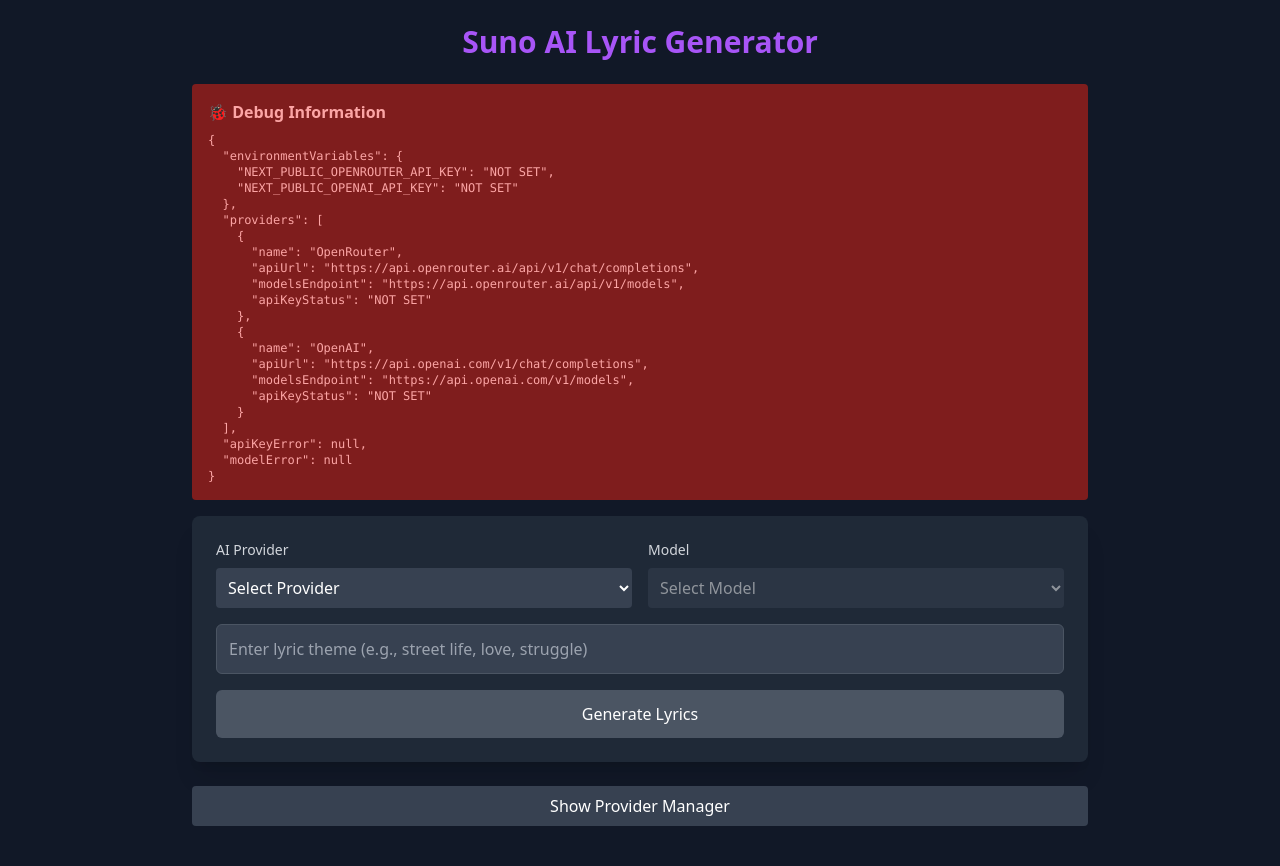
Repository: rustyorb/suno-ai-lyric-generator
Page: /
An editor plug-in stored every save of this project. The page is shown before and after the next save, followed by the edit.
The browser window is 1280 px wide. The pictures show the whole page.
The project was rebuilt for these pictures with package versions that can differ from the ones it lists, and the page was loaded fresh each time. The framework's server and built-in components were replaced by stand-ins that run in the browser. Also part of the build but not shown: next.config.js, src/app/components/ProviderManager.tsx.

Above is the page before, as saved 2025-01-15 07:49:51.

After the next save:
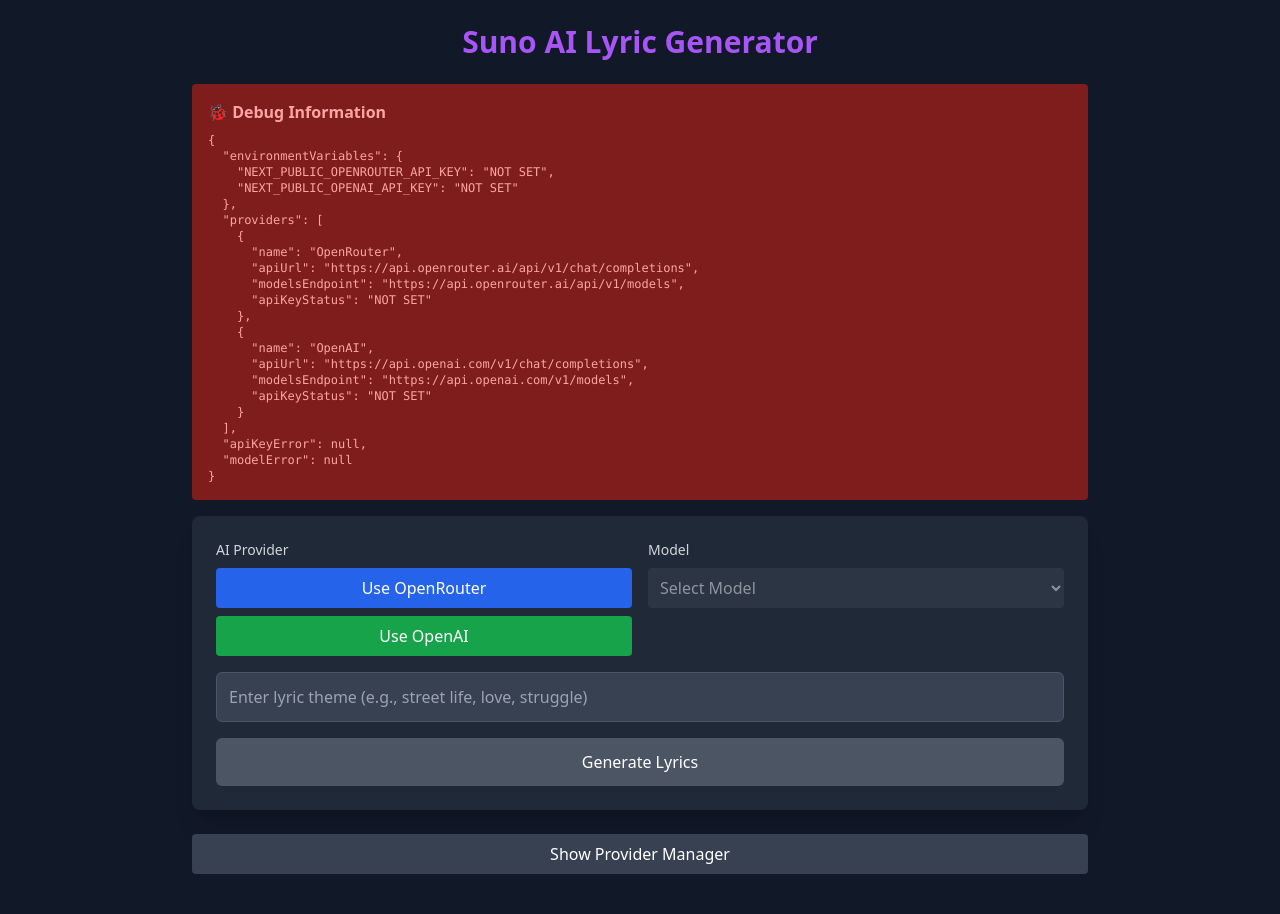
Saved 37 s later.
--- a/src/app/page.tsx
+++ b/src/app/page.tsx
@@ -277,26 +277,39 @@
               <label className="block text-sm font-medium text-gray-300 mb-2">
                 AI Provider
               </label>
-              <select
-                value={selectedProvider?.name || ""}
-                onChange={(e) => {
-                  console.log("Selected provider value:", e.target.value);
-                  const provider = providers.find(
-                    (p) => p.name === e.target.value
-                  );
-                  console.log("Found provider:", provider);
-                  setSelectedProvider(provider || null);
-                  setSelectedModel(null);
-                }}
-                className="w-full bg-gray-700 text-white p-2 rounded"
-              >
-                <option value="">Select Provider</option>
-                {providers.map((provider) => (
-                  <option key={provider.name} value={provider.name}>
-                    {provider.name}
-                  </option>
-                ))}
-              </select>
+              <div className="space-y-2">
+                <button
+                  onClick={() => {
+                    console.log("Selecting OpenRouter");
+                    const provider = providers.find(
+                      (p) => p.name === "OpenRouter"
+                    );
+                    console.log("Found provider:", provider);
+                    setSelectedProvider(provider || null);
+                    setSelectedModel(null);
+                  }}
+                  className="w-full bg-blue-600 hover:bg-blue-700 text-white p-2 rounded"
+                >
+                  Use OpenRouter
+                </button>
+                <button
+                  onClick={() => {
+                    console.log("Selecting OpenAI");
+                    const provider = providers.find((p) => p.name === "OpenAI");
+                    console.log("Found provider:", provider);
+                    setSelectedProvider(provider || null);
+                    setSelectedModel(null);
+                  }}
+                  className="w-full bg-green-600 hover:bg-green-700 text-white p-2 rounded"
+                >
+                  Use OpenAI
+                </button>
+              </div>
+              {selectedProvider && (
+                <div className="mt-2 text-sm text-gray-300">
+                  Selected: {selectedProvider.name}
+                </div>
+              )}
             </div>
 
             <div>
